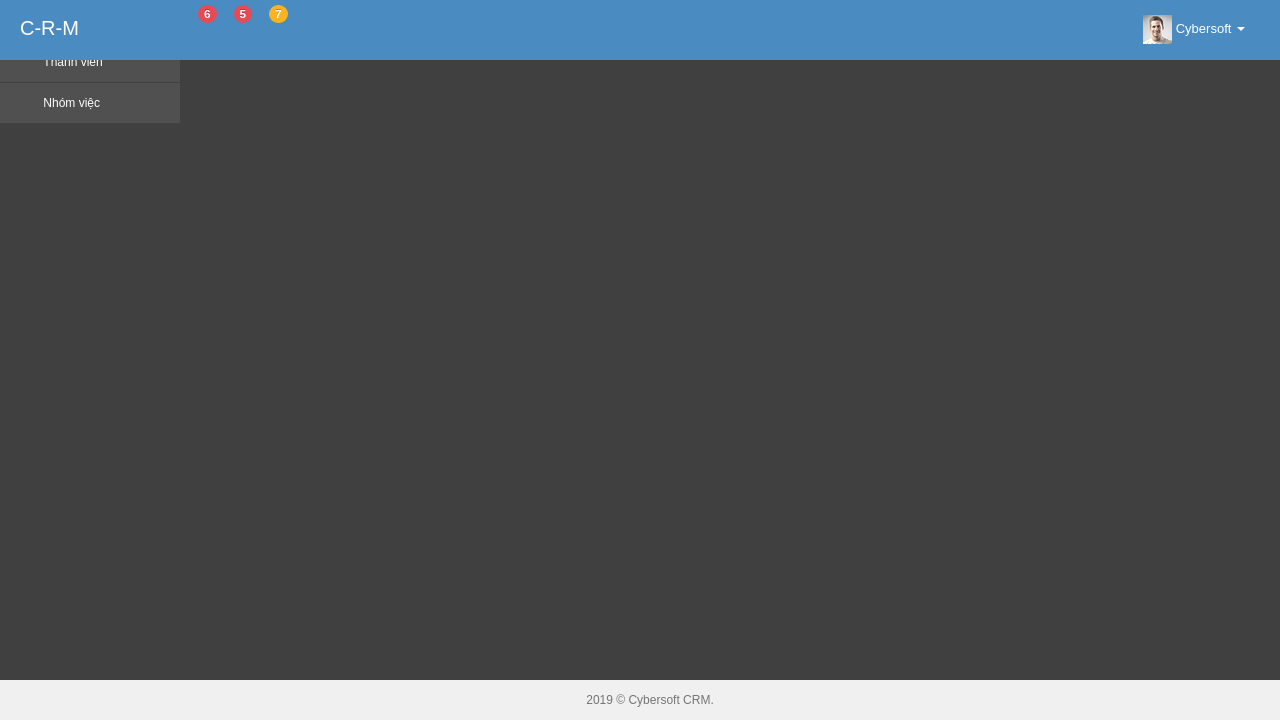
Repository: caogiahuy13/Project_CRM
Page: http://localhost/SERVLET-CRM/home
An editor plug-in stored every save of this project. The page is shown before and after the next save, followed by the edit.
The browser window is 1280 px wide. The pictures show the whole page.
Some web fonts or font styles are not loaded; a fallback is used. The page is served by Tomcat 9.

Above is the page before, as saved 2019-06-23 15:26:05.

After the next save:
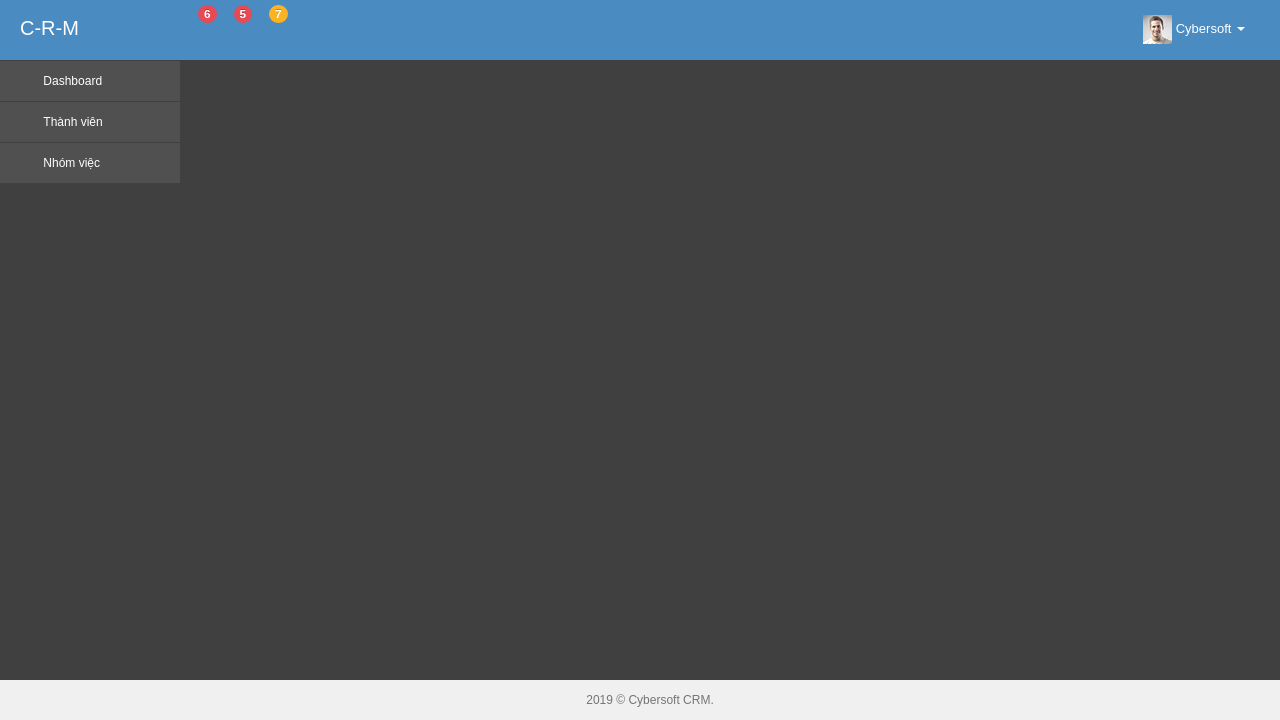
Saved 20 s later.
--- a/SERVLET-CRM/WebContent/decorators/layout.jsp
+++ b/SERVLET-CRM/WebContent/decorators/layout.jsp
@@ -24,7 +24,7 @@
     <link rel="stylesheet" type="text/css" href="assets/plugins/chosen-bootstrap/chosen/chosen.css" />
     <link rel="stylesheet" type="text/css" href="assets/plugins/bootstrap-datepicker/css/datepicker.css" />
 </head>
-<body>
+<body class="fixed-top">
 
 	<!-- HEADER -->
 	<jsp:include page="/views/layout/header.jsp"/>
